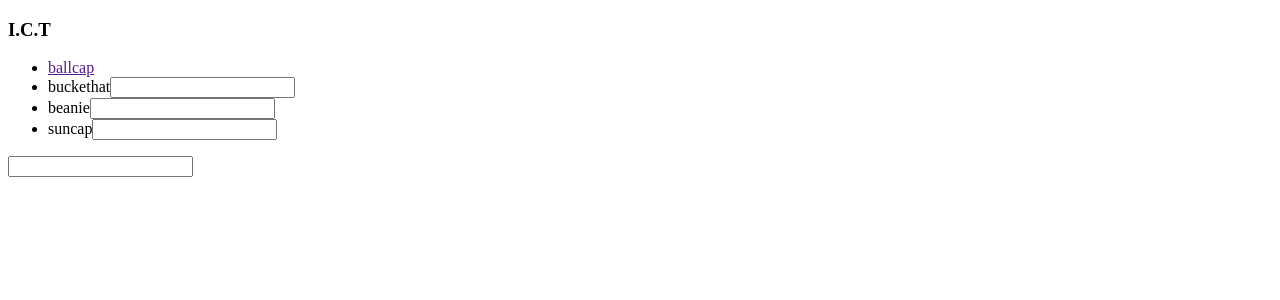
Repository: Developer120000/project1
Page: http://localhost/project1/productpage/ballcap.jsp
An editor plug-in stored every save of this project. The page is shown before and after the next save, followed by the edit.
The browser window is 1280 px wide. The pictures show the whole page.
The page is served by Tomcat 9.

Above is the page before, as saved 2024-03-13 13:45:43.

After the next save:
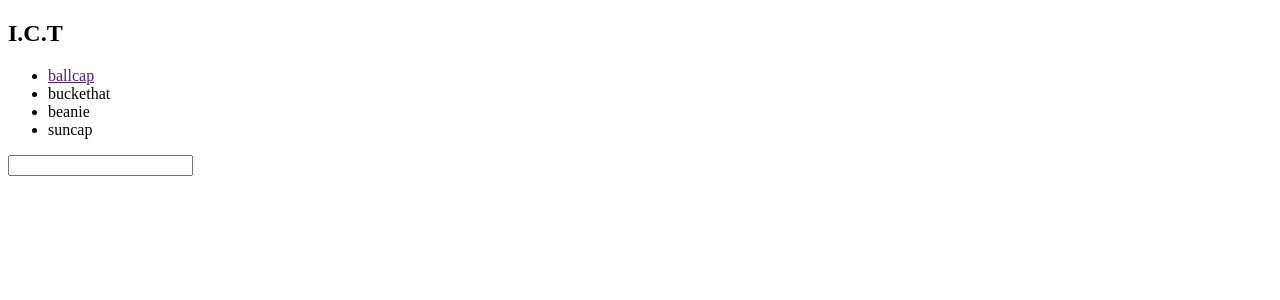
Saved 50 s later.
--- a/project1/src/main/webapp/productpage/ballcap.jsp
+++ b/project1/src/main/webapp/productpage/ballcap.jsp
@@ -9,12 +9,12 @@
 <body>
 	<div>
 		<header>
-			<h3>I.C.T</h3>
+			<h2>I.C.T</h2>
 			<ul>
 				<li><a href="">ballcap</a></li>
-				<li>buckethat<input type="number" id="kor" name="kor" required></li>
-				<li>beanie<input type="number" id="eng" name="eng" required></li>
-				<li>suncap<input type="number" id="math" name="math" required></li>
+				<li>buckethat</li>
+				<li>beanie</li>
+				<li>suncap</li>
 			</ul>
 				<input type="text" id="math" name="math" required>
 
